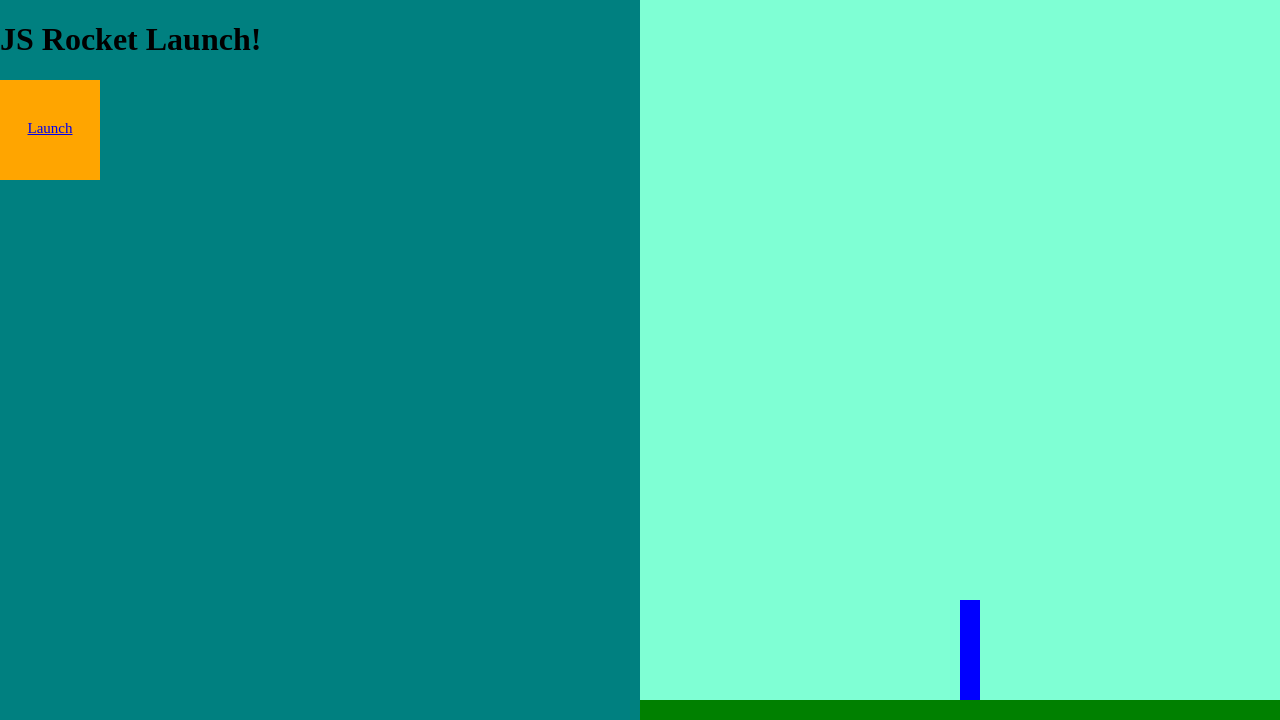
Repository: alcarrizo/Rocket-launch
Page: index.html
These files come from the project's save history. The page is drawn as it stood at one moment and after the next save; the edit follows.
The browser window is 1280 px wide. The pictures show the whole page.

Above is the page before, as saved 2022-10-19 20:41:55.

### index.html
<!DOCTYPE html>
<html lang="en">
<head>
    <meta charset="UTF-8">
    <meta http-equiv="X-UA-Compatible" content="IE=edge">
    <meta name="viewport" content="width=device-width, initial-scale=1.0">
    <title>Rocket Launch sequence</title>
    <script type="text/javascript" src="js/script.js"> </script>
    <link rel="stylesheet" href="css/style.css">
</head>
<body>
    <div class="left">
        <div class="state1">
            <h1>JS Rocket Launch!</h1>
            <a href="#" class="button" onclick="startCountDown();">Launch</a>
        </div>
    </div>

    <div class="right">
        <div class="rocket" id="rocket"></div>
        <div class="ground"></div>
    </div>
</body>
</html>

### js/script.js
var startCountDown = function () {
    document.getElementById('rocket').className = 'rocket flying';
}

### css/style.css
body {
    position: relative;
}

.left {
    position: fixed;
    box-sizing: border-box;
    width: 50%;
    height: 100%;
    top: 0;
    left: 0;
    background-color: teal;
}

.right {
    position: fixed;
    box-sizing: border-box;
    width: 50%;
    height: 100%;
    top: 0;
    right: 0;
    background-color: aquamarine;
}

.rocket {
    position: absolute;
    left: 50%;
    bottom: 20px;
    width: 20px;
    height: 100px;
    background-color: blue;
    transition: bottom 10s;

}

.rocket.flying {
    bottom: 1000px;
}


.ground {
    background-color: green;
    position: absolute;
    bottom: 0;
    left: 0;
    width: 100%;
    height: 20px;
}

a {}

a.button {
    display: block;
    box-sizing: border-box;
    text-align: center;
    padding-top: 40px;
    height: 100px;
    width: 100px;
    font-size: 15px;
    background-color: orange;

}

After the next save:
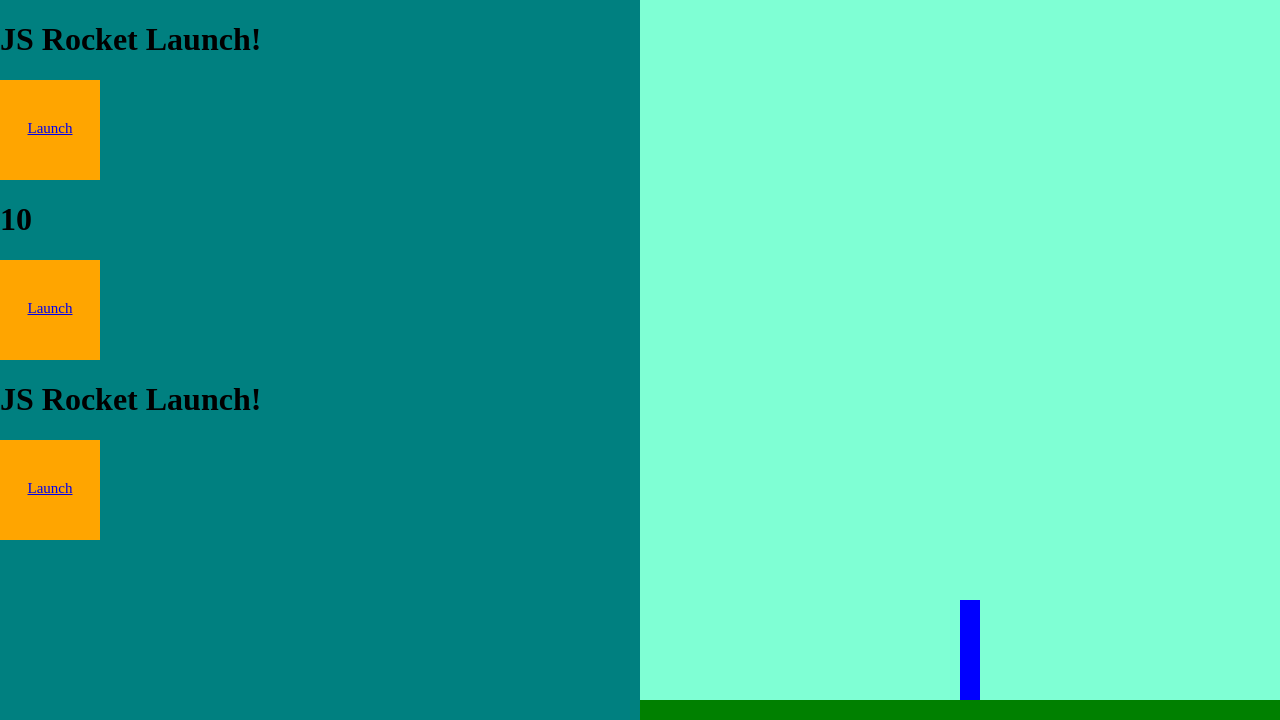
Saved 89 s later.
--- a/index.html
+++ b/index.html
@@ -14,6 +14,14 @@
             <h1>JS Rocket Launch!</h1>
             <a href="#" class="button" onclick="startCountDown();">Launch</a>
         </div>
+        <div class="state2">
+            <h1 class="countdown">10</h1>
+            <a href="#" class="button" onclick="startCountDown();">Launch</a>
+        </div>
+        <div class="state3">
+            <h1>JS Rocket Launch!</h1>
+            <a href="#" class="button" onclick="startCountDown();">Launch</a>
+        </div>
     </div>
 
     <div class="right">
